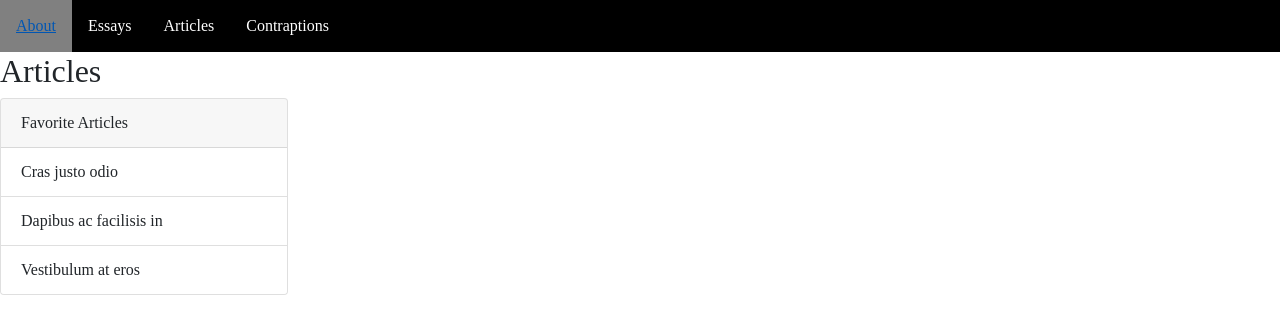
Repository: jpl0pes/cs50problems
Page: pset8/homepage/articles.html
The author's editor kept a record of every edit. The page is drawn from the files as they stood at one moment, then again after the next edit.
The browser window is 1280 px wide. The pictures show the whole page.

Above is the page before.

After the next edit:
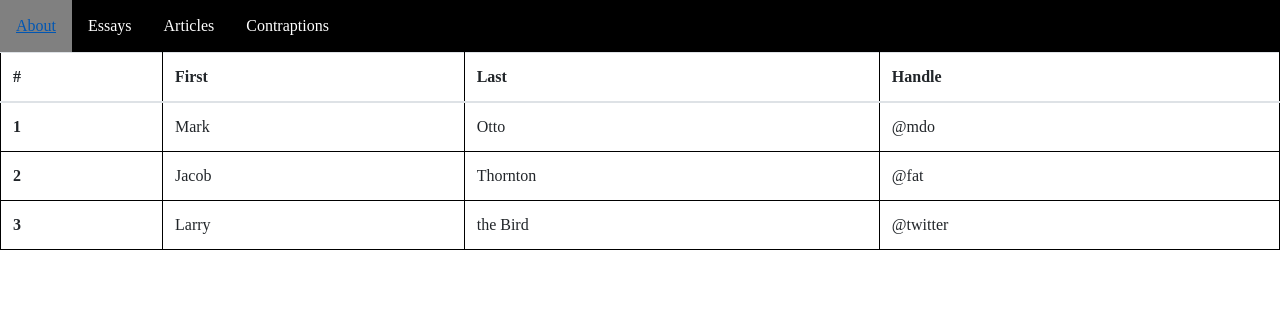
The edit:
--- a/pset8/homepage/articles.html
+++ b/pset8/homepage/articles.html
@@ -18,17 +18,35 @@
             </ul>
         </div>
         <div>
-            <h2>Articles</h2>
-            <div class="card" style="width: 18rem;">
-              <div class="card-header">
-                Favorite Articles
-              </div>
-              <ul class="list-group list-group-flush">
-                <li class="list-group-item">Cras justo odio</li>
-                <li class="list-group-item">Dapibus ac facilisis in</li>
-                <li class="list-group-item">Vestibulum at eros</li>
-              </ul>
-            </div>
-        </div>
+            <table class="table">
+              <thead>
+                <tr>
+                  <th scope="col">#</th>
+                  <th scope="col">First</th>
+                  <th scope="col">Last</th>
+                  <th scope="col">Handle</th>
+                </tr>
+              </thead>
+              <tbody>
+                <tr>
+                  <th scope="row">1</th>
+                  <td>Mark</td>
+                  <td>Otto</td>
+                  <td>@mdo</td>
+                </tr>
+                <tr>
+                  <th scope="row">2</th>
+                  <td>Jacob</td>
+                  <td>Thornton</td>
+                  <td>@fat</td>
+                </tr>
+                <tr>
+                  <th scope="row">3</th>
+                  <td>Larry</td>
+                  <td>the Bird</td>
+                  <td>@twitter</td>
+                </tr>
+              </tbody>
+            </table>
     </body>
 </html>
